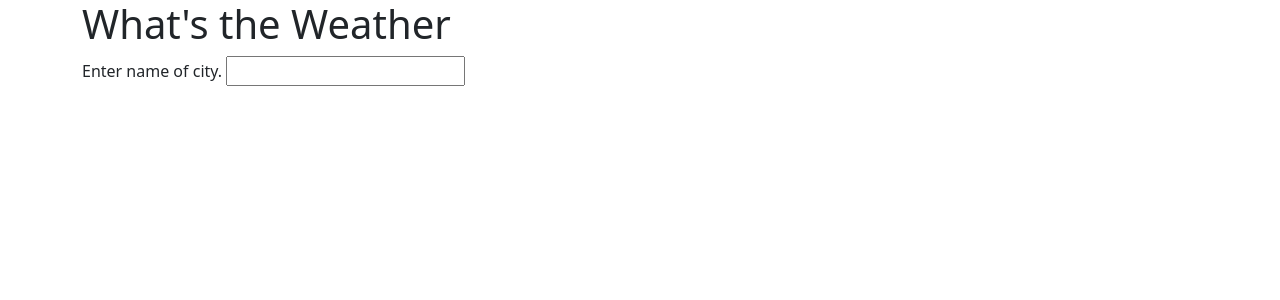
Repository: shanu4182/phpprojectgh
Page: http://localhost/ws.php
The author's editor kept a copy of each file at every save. The page is drawn from the files as they stood at one save, then again after the next save.
The browser window is 1280 px wide. The pictures show the whole page.
The page is run by PHP 8.4 with error messages shown; the project is at /var/www/html/.

Above is the page before, as saved 2022-12-15 15:22:26.

After the next save:
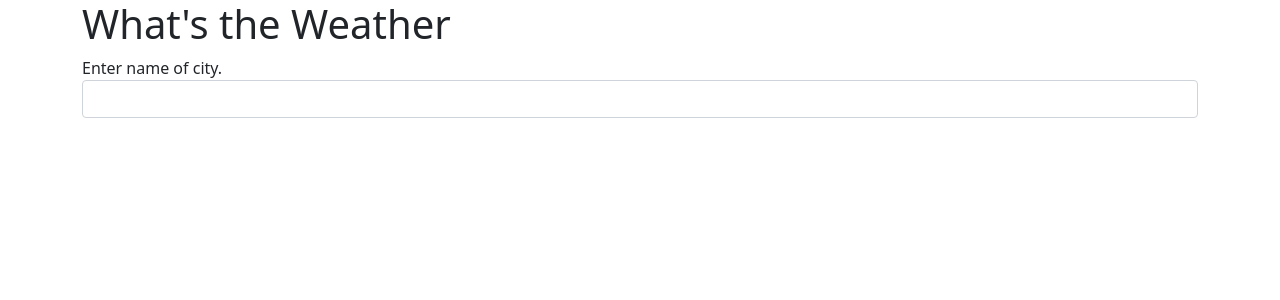
Saved 4 s later.
--- a/ws.php
+++ b/ws.php
@@ -16,7 +16,7 @@
  <form>
     <fieldset class="form-group">
         <label form="city">Enter name of city.</label>
-        <input type="text" class="form-cont"
+        <input type="text" class="form-control"
  </form>
 
 
